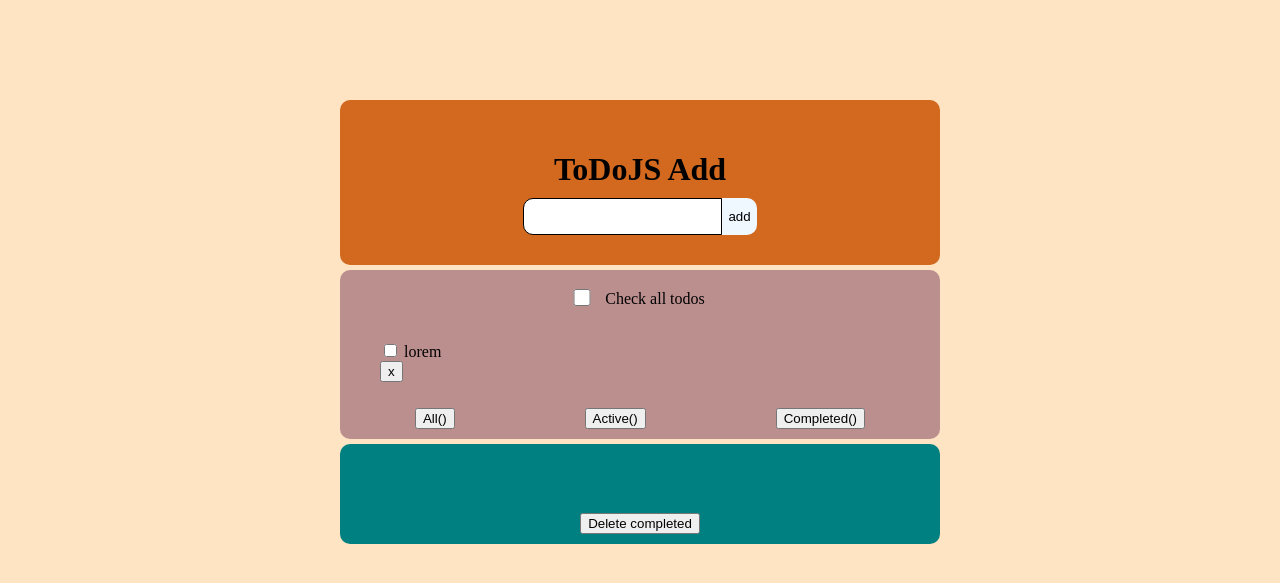
Repository: Savich01/todoTest
Page: index.html
An editor plug-in stored every save of this project. The page is shown before and after the next save, followed by the edit.
The browser window is 1280 px wide. The pictures show the whole page.

Above is the page before, as saved 2024-05-08 14:34:35.

After the next save:
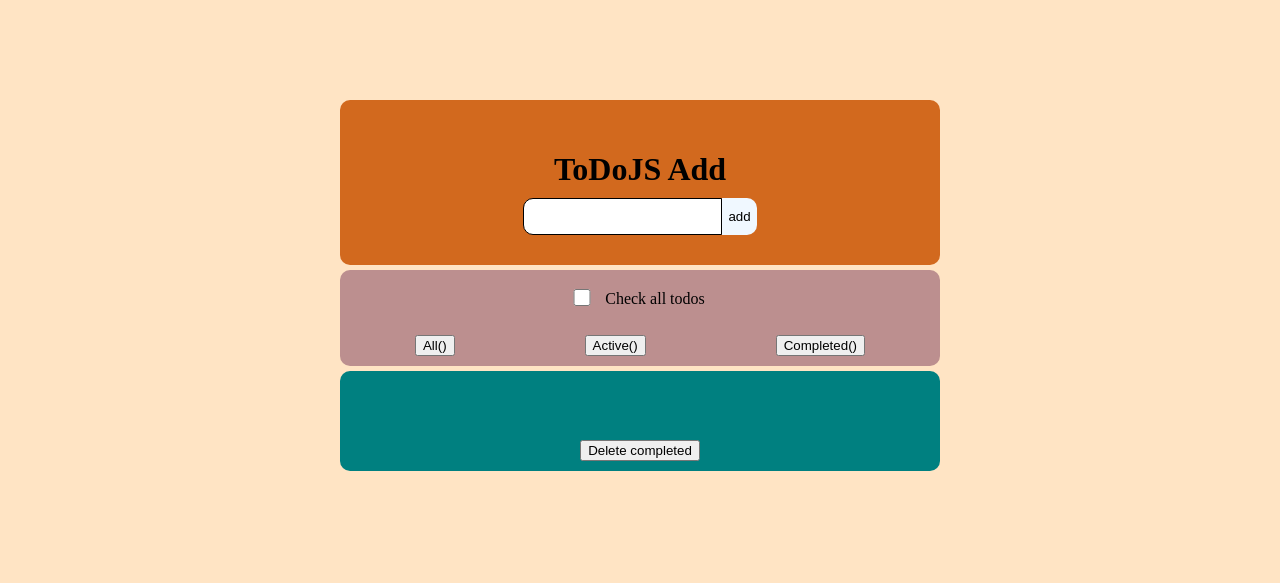
Saved 41 s later.
--- a/index.html
+++ b/index.html
@@ -29,15 +29,15 @@
                 </ul>
             <div class="main-container">
 
-                <ul class="main-container--list">
+                <!-- <ul class="main-container--list">
                     <li class="main-container--list-link">
                         <input class="main-checked" type="checkbox" data-action = "done">
-                        <span class="main-text main-text--done">lorem</span>
+                        <span class="main-text">lorem</span>
                     </li>
                     <button class="main--list-btn" data-action = "delete">
                         х
                     </button>
-               </ul>
+               </ul> -->
 
             </div>
 
